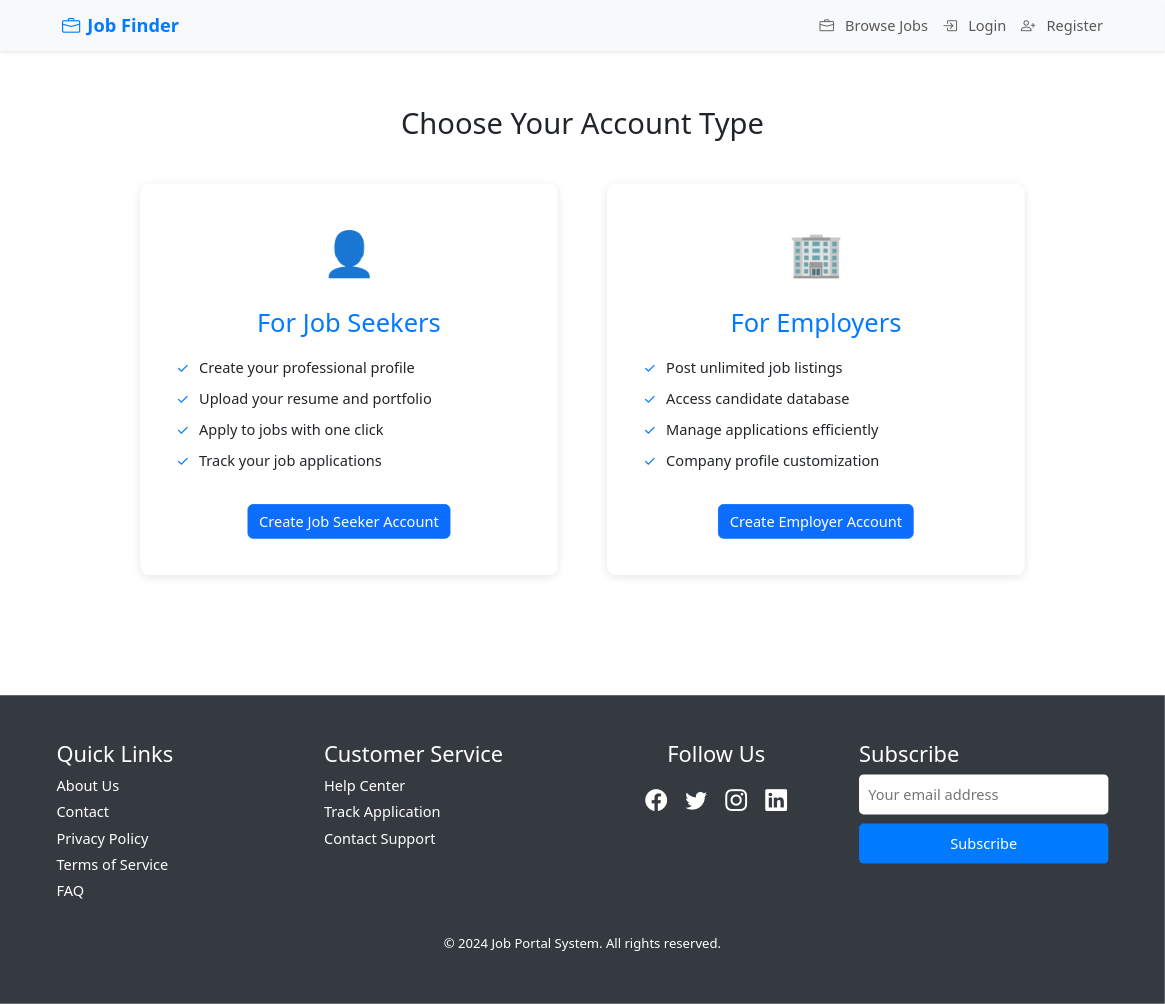
Repository: SgtSlaughter1/job_portal-full_statck
Page: /auth/account-type (app in frontend/)
The author's editor kept a copy of each file at every save. The page is drawn from the files as they stood at one save, then again after the next save.
The browser window is 1280 px wide. The pictures show the whole page, at 91% of full size.
The page's requests for data from a server got no answer. The project was rebuilt for these pictures with package versions that can differ from the ones it lists, and the page was loaded fresh each time. No one was signed in, and anything a server would have sent is missing. Also part of the build but not shown: frontend/vite.config.js, frontend/src/views/Login.vue, frontend/src/components/SuccessModal.vue, frontend/src/views/Register.vue, frontend/src/stores/jobs.js, frontend/src/components/HowItWorks.vue, frontend/src/components/TrustedCompanies.vue, frontend/src/views/Home.vue and 9 more.

Above is the page before, as saved 2025-01-16 09:35:46.

### frontend/index.html
<!DOCTYPE html>
<html lang="">
  <head>
    <meta charset="UTF-8">
    <link rel="icon" href="/images/isolated-vector-briefcase-icon_723554-240.avif">

    <meta name="viewport" content="width=device-width, initial-scale=1.0">
    <title>Job Finder</title>
  </head>
  <body>
    <div id="app"></div>
    <script type="module" src="/src/main.js"></script>
  </body>
</html>

### frontend/src/main.js
// import './assets/main.css'

import { createApp } from 'vue'
import { createPinia } from 'pinia'

import App from './App.vue'
import "bootstrap";
import "bootstrap/dist/css/bootstrap.min.css";
import "bootstrap-icons/font/bootstrap-icons.css";

import router from './router'

const app = createApp(App)

app.use(createPinia())
app.use(router)


app.mount('#app')

### frontend/src/App.vue
src/App.vue
<template>
  <div>
    <Navbar />
    <router-view v-slot="{ Component }">
      <component :is="Component" />
    </router-view>
    <Footer />
  </div>
</template>

<script>
import { useAuthStore } from '@/stores/auth';
import Navbar from '@/components/Navbar.vue';
import Footer from '@/components/Footer.vue';

export default {
  name: 'App',

  components: {
    Navbar,
    Footer
  },

  data() {
    return {
      authStore: useAuthStore()
    };
  },

  created() {
    // Navigation guard
    this.$router.beforeEach((to, from, next) => {
      if (to.meta.requiresAuth && !this.authStore.isAuthenticated) {
        next({
          path: '/login',
          query: { redirect: to.fullPath }
        });
      } else if (to.meta.userType && this.authStore.userType !== to.meta.userType) {
        next('/unauthorized');
      } else {
        next();
      }
    });
  }
};
</script>

### frontend/src/router/index.js
import { createRouter, createWebHistory } from 'vue-router'
import { useAuthStore } from '@/stores/auth'

// Import views
import Login from '@/views/Login.vue'
import Register from '@/views/Register.vue'
import Home from '@/views/Home.vue'
import AccountType from '@/views/AccountType.vue'
import JobListings from '@/views/JobListings.vue'
import JobDetails from '@/views/JobDetails.vue'
import Dashboard from '@/views/Dashboard.vue'
import ApplicationForm from '@/views/ApplicationForm.vue'
import JobApplications from '@/views/JobApplications.vue'
import PostJob from '@/views/PostJob.vue'
import EditProfile from '@/views/EditProfile.vue'

const routes = [
  {
    path: '/',
    name: 'Home',
    component: Home
  },
  {
    path: '/auth',
    redirect: '/auth/login',
    children: [
      {
        path: 'login',
        name: 'Login',
        component: Login
      },
      {
        path: 'register',
        name: 'Register',
        component: Register
      },
      {
        path: 'account-type',
        name: 'AccountType',
        component: AccountType
      }
    ]
  },
  {
    path: '/jobs',
    children: [
      {
        path: '',
        name: 'JobListings',
        component: JobListings
      },
      {
        path: ':id',
        name: 'JobDetails',
        component: JobDetails,
        props: true
      },
      {
        path: 'post',
        name: 'PostJob',
        component: PostJob,
        meta: {
          requiresAuth: true,
          userType: 'employer'
        }
      }
    ]
  },
  {
    path: '/profile',
    meta: { requiresAuth: true },
    children: [
      {
        path: '',
        name: 'Profile',
        component: Dashboard
      },
      {
        path: 'edit',
        name: 'EditProfile',
        component: EditProfile
      },
      {
        path: 'applications',
        name: 'JobApplications',
        component: JobApplications,
        meta: { userType: 'jobseeker' }
      }
    ]
  },
  {
    path: '/jobs/:id/apply',
    name: 'ApplicationForm',
    component: ApplicationForm,
    meta: {
      requiresAuth: true,
      userType: 'jobseeker'
    }
  },

]

const router = createRouter({
  history: createWebHistory(import.meta.env.BASE_URL),
  routes
})

// Navigation guard
router.beforeEach((to, from, next) => {
  const authStore = useAuthStore();

  // Check if route requires authentication
  if (to.meta.requiresAuth && !authStore.isAuthenticated) {
    next({
      path: '/auth/login',
      query: { redirect: to.fullPath }
    });
    return;
  }

  // Check if route requires specific user type
  if (to.meta.userType && authStore.userType !== to.meta.userType) {
    next('/unauthorized');
    return;
  }

  // Handle redirect after login
  if (to.path === '/auth/login' && authStore.isAuthenticated) {
    next('/profile');
    return;
  }

  next();
});

export default router

### frontend/src/components/Navbar.vue
<template>
    <nav class="navbar navbar-expand-lg navbar-light bg-light sticky-navbar px-5">
        <div class="container-fluid">
            <router-link class="navbar-brand" to="/">
                <i class="bi bi-briefcase mx-2"></i>Job Finder
            </router-link>

            <button class="btn btn-light d-lg-none" type="button" data-bs-toggle="offcanvas"
                data-bs-target="#mobileNavOffcanvas" aria-controls="mobileNavOffcanvas">
                <span class="navbar-toggler-icon"></span>
            </button>

            <!-- Mobile Navigation -->
            <div class="offcanvas offcanvas-start d-lg-none" data-bs-scroll="true" tabindex="-1" id="mobileNavOffcanvas"
                aria-labelledby="mobileNavOffcanvasLabel">
                <div class="offcanvas-header">
                    <h5 class="offcanvas-title" id="mobileNavOffcanvasLabel">
                        <i class="bi bi-briefcase mx-2"></i>Job Finder
                    </h5>
                    <button type="button" class="btn-close" data-bs-dismiss="offcanvas" aria-label="Close"></button>
                </div>

                <div class="offcanvas-body">
                    <ul class="navbar-nav ms-auto">
                        <!-- Public Links -->
                        <li class="nav-item">
                            <router-link class="nav-link" to="/jobs">
                                <i class="bi bi-briefcase"></i> Browse Jobs
                            </router-link>
                        </li>

                        <!-- Guest Links -->
                        <template v-if="!authStore.isAuthenticated">
                            <li class="nav-item">
                                <router-link class="nav-link" to="/auth/login">
                                    <i class="bi bi-box-arrow-in-right"></i> Login
                                </router-link>
                            </li>
                            <li class="nav-item">
                                <router-link class="nav-link" to="/auth/account-type">
                                    <i class="bi bi-person-plus"></i> Register
                                </router-link>
                            </li>
                        </template>

                        <!-- Authenticated Links -->
                        <template v-if="authStore.isAuthenticated">
                            <!-- Employer Links -->
                            <template v-if="authStore.isEmployer">
                                <li class="nav-item">
                                    <router-link class="nav-link" to="/jobs/post">
                                        <i class="bi bi-plus-circle"></i> Post Job
                                    </router-link>
                                </li>
                            </template>

                            <!-- Job Seeker Links -->
                            <template v-if="authStore.isJobSeeker">
                                <li class="nav-item">
                                    <router-link class="nav-link" to="/profile/applications">
                                        <i class="bi bi-file-text"></i> My Applications
                                    </router-link>
                                </li>
                            </template>

                            <!-- Common Authenticated Links -->
                            <li class="nav-item">
                                <router-link class="nav-link" to="/profile">
                                    <i class="bi bi-person-circle"></i> Profile
                                </router-link>
                            </li>
                            <li class="nav-item">
                                <a class="nav-link" href="#" @click.prevent="handleLogout">
                                    <i class="bi bi-box-arrow-right"></i> Logout
                                </a>
                            </li>
                        </template>
                    </ul>
                </div>
            </div>

            <!-- Desktop Navigation -->
            <div class="collapse navbar-collapse">
                <ul class="navbar-nav ms-auto">
                    <!-- Public Links -->
                    <li class="nav-item">
                        <router-link class="nav-link" to="/jobs">
                            <i class="bi bi-briefcase"></i> Browse Jobs
                        </router-link>
                    </li>

                    <!-- Guest Links -->
                    <template v-if="!authStore.isAuthenticated">
                        <li class="nav-item">
                            <router-link class="nav-link" to="/auth/login">
                                <i class="bi bi-box-arrow-in-right"></i> Login
                            </router-link>
                        </li>
                        <li class="nav-item">
                            <router-link class="nav-link" to="/auth/account-type">
                                <i class="bi bi-person-plus"></i> Register
                            </router-link>
                        </li>
                    </template>

                    <!-- Authenticated Links -->
                    <template v-if="authStore.isAuthenticated">
                        <!-- Employer Links -->
                        <template v-if="authStore.isEmployer">
                            <li class="nav-item">
                                <router-link class="nav-link" to="/jobs/post">
                                    <i class="bi bi-plus-circle"></i> Post Job
                                </router-link>
                            </li>
                        </template>

                        <!-- Job Seeker Links -->
                        <template v-if="authStore.isJobSeeker">
                            <li class="nav-item">
                                <router-link class="nav-link" to="/profile/applications">
                                    <i class="bi bi-file-text"></i> My Applications
                                </router-link>
                            </li>
                        </template>

                        <!-- Common Authenticated Links -->
                        <li class="nav-item">
                            <router-link class="nav-link" to="/profile">
                                <i class="bi bi-person-circle"></i> Profile
                            </router-link>
                        </li>
                        <li class="nav-item">
                            <a class="nav-link" href="#" @click.prevent="handleLogout">
                                <i class="bi bi-box-arrow-right"></i> Logout
                            </a>
                        </li>
                    </template>
                </ul>
            </div>
        </div>
    </nav>
</template>

<script>
import { defineComponent } from 'vue';
import { useAuthStore } from '@/stores/auth';
import { useRouter } from 'vue-router';

export default defineComponent({
    name: 'Navbar',

    setup() {
        const authStore = useAuthStore();
        const router = useRouter();

        return {
            authStore,
            router
        };
    },

    computed: {
        isLoggedIn() {
            return this.authStore.isAuthenticated;
        },

        userRole() {
            return this.authStore.userRole;
        }
    },

    methods: {
        async handleLogout() {
            try {
                await this.authStore.logout();
                this.router.push('/login');
            } catch (error) {
                console.error('Error logging out:', error);
            }
        }
    }
});
</script>

<style scoped>
.navbar {
    box-shadow: 0 2px 4px rgba(0, 0, 0, 0.1);
}

.navbar-brand {
    font-weight: 600;
    color: #007bff;
}

.nav-link {
    font-weight: 500;
    padding: 0.5rem 1rem;
    transition: color 0.2s ease;
}

.nav-link:hover {
    color: #007bff;
}

.nav-link i {
    margin-right: 0.5rem;
}

@media (max-width: 991.98px) {
    .offcanvas {
        width: 280px;
    }

    .offcanvas-body .nav-link {
        padding: 0.75rem 1rem;
    }
}
</style>

### frontend/src/components/Footer.vue
<template>
    <footer class="footer">
        <div class="container d-flex flex-wrap justify-content-between">
            <div class="footer-links">
                <h4>Quick Links</h4>
                <a href="/about">About Us</a>
                <a href="/contact">Contact</a>
                <a href="/privacy">Privacy Policy</a>
                <a href="/terms">Terms of Service</a>
                <a href="/faq">FAQ</a>
            </div>
            <div class="customer-service">
                <h4>Customer Service</h4>
                <a href="/help">Help Center</a>
                <a href="/track-order">Track Application</a>
                <a href="/contact-support">Contact Support</a>
            </div>
            <div class="social-media">
                <h4>Follow Us</h4>
                <div class="social-icons">
                    <a href="#" aria-label="Facebook"><i class="bi bi-facebook"></i></a>
                    <a href="#" aria-label="Twitter"><i class="bi bi-twitter"></i></a>
                    <a href="#" aria-label="Instagram"><i class="bi bi-instagram"></i></a>
                    <a href="#" aria-label="LinkedIn"><i class="bi bi-linkedin"></i></a>
                </div>
            </div>
            <div class="newsletter">
                <h4>Subscribe</h4>
                <input type="email" placeholder="Your email address" />
                <button>Subscribe</button>
            </div>
        </div>
        <div class="footer-bottom text-center">
            <p>&copy; {{ currentYear }} Job Portal System. All rights reserved.</p>
        </div>
    </footer>
</template>

<script>
export default {
    data() {
        return {
            currentYear: new Date().getFullYear()
        };
    }
};
</script>

<style scoped>
.footer {
    background-color: #343a40;
    color: #ffffff;
    padding: 40px 20px;
}

.container {
    max-width: 1200px;
    margin: 0 auto;
}

.footer-links, .customer-service, .social-media, .newsletter {
    flex: 1 1 200px;
    margin: 10px;
}

.footer-links a, .customer-service a, .social-media a {
    display: block;
    margin: 5px 0;
    text-decoration: none;
    color: #ffffff;
    transition: color 0.3s;
}

.footer-links a:hover, .customer-service a:hover, .social-media a:hover {
    color: #007bff;
}

.social-media {
    display: flex;
    flex-direction: column;
    align-items: center;
}

.social-icons {
    display: flex;
    justify-content: center;
    margin: 5px 0;
}

.social-media i {
    font-size: 1.5rem;
    margin: 0 10px;
}

.newsletter {
    display: flex;
    flex-direction: column;
}

.newsletter input {
    padding: 10px;
    margin-bottom: 10px;
    border: none;
    border-radius: 5px;
}

.newsletter button {
    padding: 10px;
    background-color: #007bff;
    color: #ffffff;
    border: none;
    border-radius: 5px;
    cursor: pointer;
    transition: background-color 0.3s;
}

.newsletter button:hover {
    background-color: #0056b3;
}

.footer-bottom {
    margin-top: 20px;
    text-align: center;
    font-size: 0.9rem;
}
</style>

### frontend/src/views/AccountType.vue
<template>
    <div class="features-page">
        <h2 class="text-center mb-5">Choose Your Account Type</h2>
        <section class="features row my-5">
            <div class="col-md-5 col-12 text-center mb-4">
                <div class="feature-card">
                    <div class="icon-wrapper mb-4">👤</div>
                    <h3>For Job Seekers</h3>
                    <ul class="feature-list">
                        <li>Create your professional profile</li>
                        <li>Upload your resume and portfolio</li>
                        <li>Apply to jobs with one click</li>
                        <li>Track your job applications</li>
                    </ul>
                    <BaseButton @click="goToRegister('seeker')" class="mt-3">Create Job Seeker Account</BaseButton>
                </div>
            </div>
            <div class="col-md-5 col-12 text-center mb-4">
                <div class="feature-card">
                    <div class="icon-wrapper mb-4">🏢</div>
                    <h3>For Employers</h3>
                    <ul class="feature-list">
                        <li>Post unlimited job listings</li>
                        <li>Access candidate database</li>
                        <li>Manage applications efficiently</li>
                        <li>Company profile customization</li>
                    </ul>
                    <BaseButton @click="goToRegister('employer')" class="mt-3">Create Employer Account</BaseButton>
                </div>
            </div>
        </section>
    </div>
</template>

<script>
import BaseButton from '@/components/BaseButton.vue';
import { useRouter } from 'vue-router';

export default {
    name: 'AccountType',
    components: {
        BaseButton
    },
    setup() {
        const router = useRouter();

        const goToRegister = (type) => {
            router.push({
                path: '/register',
                query: { type }
            });
        };

        return {
            goToRegister
        };
    },
    methods: {
        scrollToTop() {
            window.scrollTo(0, 0);
        }
    },
    mounted() {
        this.scrollToTop();
    },
}
</script>

<style scoped>
.features-page {
    padding: 60px 20px;
    max-width: 1200px;
    margin: 0 auto;
}

.features {
    display: flex;
    justify-content: center;
    text-align: center;
    gap: 30px;
    margin: 40px auto;
}

.feature-card {
    border: none;
    border-radius: 10px;
    padding: 40px;
    background-color: #fff;
    box-shadow: 0 2px 10px rgba(0, 0, 0, 0.1);
    transition: transform 0.2s;
}

.feature-card:hover {
    transform: translateY(-5px);
    box-shadow: 0 4px 20px rgba(0, 0, 0, 0.15);
}

h3 {
    font-size: 1.75rem;
    margin-bottom: 20px;
    color: #007bff;
}

p {
    color: #666;
    font-size: 1.1rem;
    margin-bottom: 30px;
}

.feature-list {
    list-style: none;
    padding: 0;
    margin: 20px 0;
    text-align: left;
}

.feature-list li {
    margin: 10px 0;
    padding-left: 25px;
    position: relative;
}

.feature-list li::before {
    content: "✓";
    color: #007bff;
    position: absolute;
    left: 0;
}

.icon-wrapper {
    font-size: 3rem;
}
</style>

### frontend/src/components/BaseButton.vue
<template>
    <button
        :class="buttonClass"
        @click="handleClick"
        :disabled="disabled"
    >
        <slot></slot>
    </button>
</template>

<script>
export default {
    name: 'BaseButton',

    props: {
        buttonClass: {
            type: String,
            default: 'btn btn-primary'
        },
        onClick: {
            type: Function,
            default: () => {}
        },
        disabled: {
            type: Boolean,
            default: false
        }
    },

    methods: {
        handleClick(event) {
            if (!this.disabled) {
                this.$emit('click', event);
                this.onClick(event);
            }
        }
    }
};
</script>

<style scoped>
/* You can add additional styles here if needed */
</style>

Loaded but not shown: frontend/src/stores/auth.js (155 lines, source omitted); frontend/src/services/api.js (117 lines, source omitted)

After the next save:
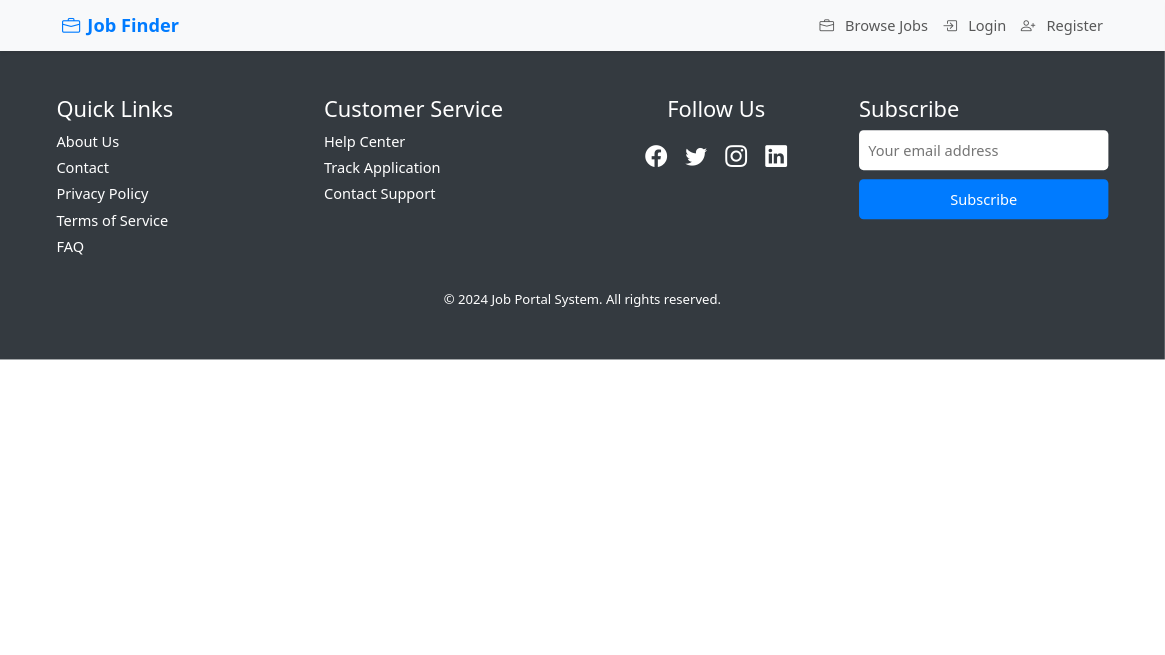
Saved 3 s later.
--- a/frontend/src/views/AccountType.vue
+++ b/frontend/src/views/AccountType.vue
@@ -1,34 +1,16 @@
 <template>
-    <div class="features-page">
-        <h2 class="text-center mb-5">Choose Your Account Type</h2>
-        <section class="features row my-5">
-            <div class="col-md-5 col-12 text-center mb-4">
-                <div class="feature-card">
-                    <div class="icon-wrapper mb-4">👤</div>
-                    <h3>For Job Seekers</h3>
-                    <ul class="feature-list">
-                        <li>Create your professional profile</li>
-                        <li>Upload your resume and portfolio</li>
-                        <li>Apply to jobs with one click</li>
-                        <li>Track your job applications</li>
-                    </ul>
-                    <BaseButton @click="goToRegister('seeker')" class="mt-3">Create Job Seeker Account</BaseButton>
-                </div>
-            </div>
-            <div class="col-md-5 col-12 text-center mb-4">
-                <div class="feature-card">
-                    <div class="icon-wrapper mb-4">🏢</div>
-                    <h3>For Employers</h3>
-                    <ul class="feature-list">
-                        <li>Post unlimited job listings</li>
-                        <li>Access candidate database</li>
-                        <li>Manage applications efficiently</li>
-                        <li>Company profile customization</li>
-                    </ul>
-                    <BaseButton @click="goToRegister('employer')" class="mt-3">Create Employer Account</BaseButton>
-                </div>
-            </div>
-        </section>
+    <div class="account-type-selection">
+        <router-link
+            :to="{ path: '/auth/register', query: { type: 'jobseeker' }}"
+            class="account-option">
+            <!-- Job Seeker option content -->
+        </router-link>
+
+        <router-link
+            :to="{ path: '/auth/register', query: { type: 'employer' }}"
+            class="account-option">
+            <!-- Employer option content -->
+        </router-link>
     </div>
 </template>
 
